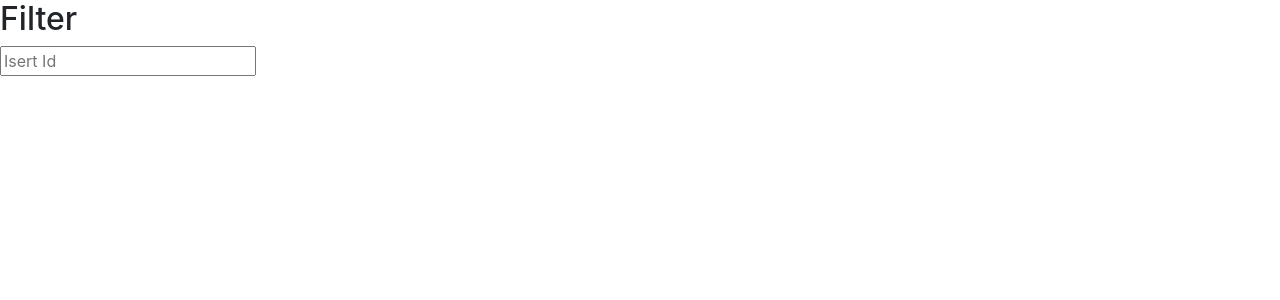
Repository: MuriloColleti/testjeff
Page: index.html
These files come from the project's save history. The page is drawn as it stood at one moment and after the next save; the edit follows.
The browser window is 1280 px wide. The pictures show the whole page.

Above is the page before, as saved 2025-09-01 09:46:43.
Console error: SyntaxError: Illegal return statement

After the next save:
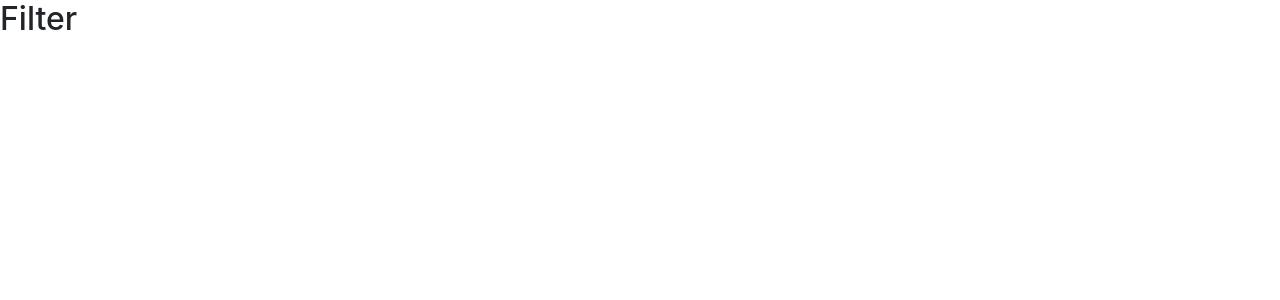
Saved 4 s later.
--- a/index.html
+++ b/index.html
@@ -10,7 +10,7 @@
 <div>
 		<h2>Filter</h2>
 </div>
-<div></div>
+<d></d
 		<input type="text" id="inputId" placeholder="Isert Id"/>
 
 		<p id="result"></p>

After the 5 saves that followed:
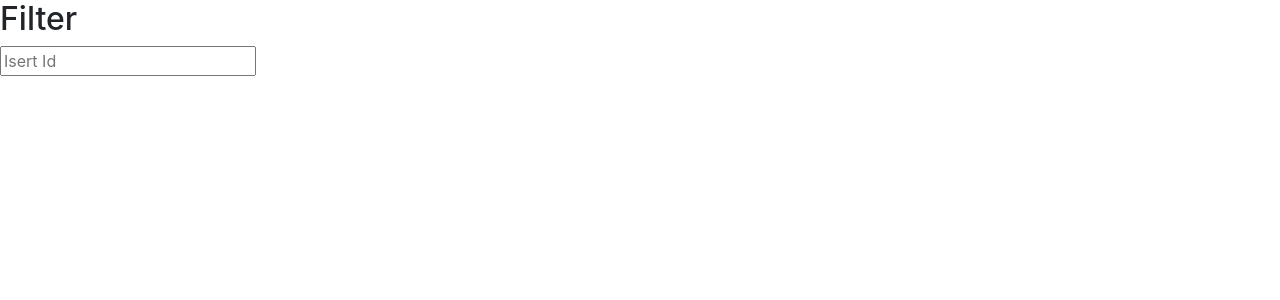
The 5 saves are shown as one change because they came seconds apart.
The last was saved 12 s later.
--- a/index.html
+++ b/index.html
@@ -10,7 +10,7 @@
 <div>
 		<h2>Filter</h2>
 </div>
-<d></d
+
 		<input type="text" id="inputId" placeholder="Isert Id"/>
 
 		<p id="result"></p>
